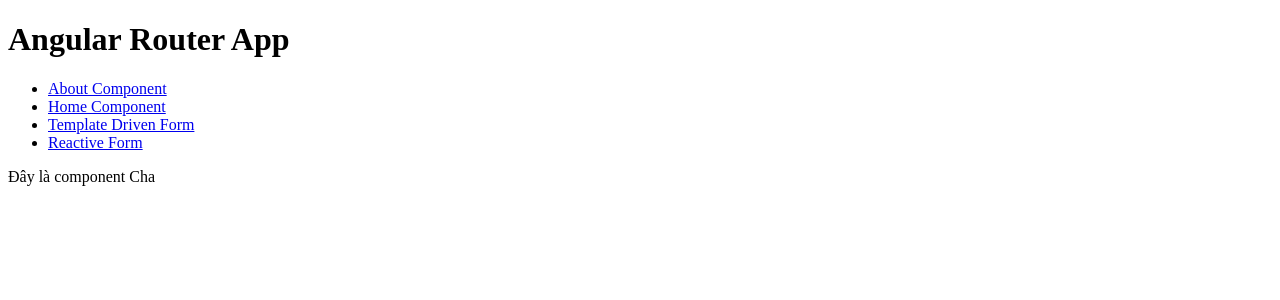
Repository: PhamTrungNguyen/Angular12
Page: / (app in Angular/)
An editor plug-in stored every save of this project. The page is shown before and after the next save, followed by the edit.
The browser window is 1280 px wide. The pictures show the whole page.
The project was rebuilt for these pictures with package versions that can differ from the ones it lists, and the page was loaded fresh each time. Also part of the build but not shown: Angular/angular.json, Angular/src/app/template-driven-form/template-driven-form.component.ts, Angular/src/app/Service/home.service.ts, Angular/src/app/home/home.component.ts, Angular/src/app/about/about.component.ts, Angular/src/app/page-not-found/page-not-found.component.ts, Angular/src/app/reactive-form/reactive-form.component.ts, Angular/src/app/Service/http-server.service.ts.

Above is the page before, as saved 2023-01-04 21:19:08.

### Angular/src/app/app.module.ts
import { NgModule } from '@angular/core';
import { BrowserModule } from '@angular/platform-browser';

import { AppRoutingModule } from './app-routing.module';
import { AppComponent } from './app.component';
import { HomeComponent } from './home/home.component';
import { AboutComponent } from './about/about.component';
import { FormsModule } from '@angular/forms';
import { OnSalePipe } from './on-sale.pipe';
import { PageNotFoundComponent } from './page-not-found/page-not-found.component';
import { HighlightDirective } from './Directives/highlight.directive';
import { TemplateDrivenFormComponent } from './template-driven-form/template-driven-form.component';
import { ReactiveFormComponent } from './reactive-form/reactive-form.component';
import { ReactiveFormsModule } from '@angular/forms';
import { HttpClientModule } from '@angular/common/http';
@NgModule({
  declarations: [
    AppComponent,
    HomeComponent,
    AboutComponent,
    OnSalePipe,
    PageNotFoundComponent,
    HighlightDirective,
    TemplateDrivenFormComponent,
    ReactiveFormComponent,
  ],
  imports: [
    BrowserModule,
    AppRoutingModule,
    FormsModule,
    ReactiveFormsModule,
    HttpClientModule,
  ],
  providers: [],
  bootstrap: [AppComponent],
})
export class AppModule {}

### Angular/src/app/app-routing.module.ts
import { ParentComponent } from './parent/parent.component';
import { TemplateDrivenFormComponent } from './template-driven-form/template-driven-form.component';
import { HomeComponent } from './home/home.component';
import { AboutComponent } from './about/about.component';
import { PageNotFoundComponent } from './page-not-found/page-not-found.component';
import { NgModule } from '@angular/core';
import { RouterModule, Routes } from '@angular/router';
import { ReactiveFormComponent } from './reactive-form/reactive-form.component';

const routes: Routes = [
  { path: 'about', component: AboutComponent },
  { path: 'home', component: HomeComponent },
  { path: 'form', component: TemplateDrivenFormComponent },
  { path: 'reactive', component: ReactiveFormComponent },
  { path: '', component: ParentComponent },
  { path: '**', component: PageNotFoundComponent },
];

@NgModule({
  imports: [RouterModule.forRoot(routes)],
  exports: [RouterModule],
})
export class AppRoutingModule {}

### Angular/src/app/on-sale.pipe.ts
import { Pipe, PipeTransform } from '@angular/core';

@Pipe({
  name: 'onSale',
})
export class OnSalePipe implements PipeTransform {
  transform(value: unknown, ...args: unknown[]): unknown {
    // console.log('my pipe', value);
    try {
      if (value) {
        return 'Đang hạ giá';
      }
    } catch (error) {}
    return null;
  }
}

### Angular/src/app/Directives/highlight.directive.ts
import { Directive, ElementRef, Input } from '@angular/core';

@Directive({
  selector: '[appHighlight]',
})
export class HighlightDirective {
  @Input() appHighlight = 'blue';
  constructor(private el: ElementRef) {}
  public ngOnInit(): void {
    // console.log('HighlightDirective', this.appHighlight);
    this.el.nativeElement.style.color = this.appHighlight;
  }
}

### Angular/src/app/parent/parent.component.ts
import { Component } from '@angular/core';

@Component({
  selector: 'app-parent',
  templateUrl: './parent.component.html',
  styleUrls: ['./parent.component.scss'],
})
export class ParentComponent {
  public message = 'Đây là thông báo';
}

### Angular/src/app/app.component.html
<h1>Angular Router App</h1>
<!-- This nav gives you links to click, which tells the router which route to use (defined in the routes constant in  AppRoutingModule) -->
<nav>
    <ul>
        <li>
            <a routerLink="/about" routerLinkActive="active" ariaCurrentWhenActive="page">About Component</a>
        </li>
        <li>
            <a routerLink="/home" routerLinkActive="active" ariaCurrentWhenActive="page">Home Component</a>
        </li>
        <li>
            <a routerLink="/form" routerLinkActive="active" ariaCurrentWhenActive="page">Template Driven Form</a>
        </li>
        <li>
            <a routerLink="/reactive" routerLinkActive="active" ariaCurrentWhenActive="page">Reactive Form</a>
        </li>
    </ul>
</nav>
<!-- The routed views render in the <router-outlet>-->
<router-outlet></router-outlet>

### Angular/src/app/parent/parent.component.html
<p>Đây là component Cha</p>
<app-parent-son name="Nguyen1"></app-parent-son>
<app-parent-son name="Nguyen2"></app-parent-son>

Loaded but not shown: Angular/src/index.html (common file); Angular/src/styles.scss (common file); Angular/src/main.ts (common file); Angular/src/app/app.component.ts (common file); Angular/src/app/app.component.scss (no stored copy; drawn as an empty file); Angular/src/app/parent/parent.component.scss (no stored copy; drawn as an empty file)

After the next save:
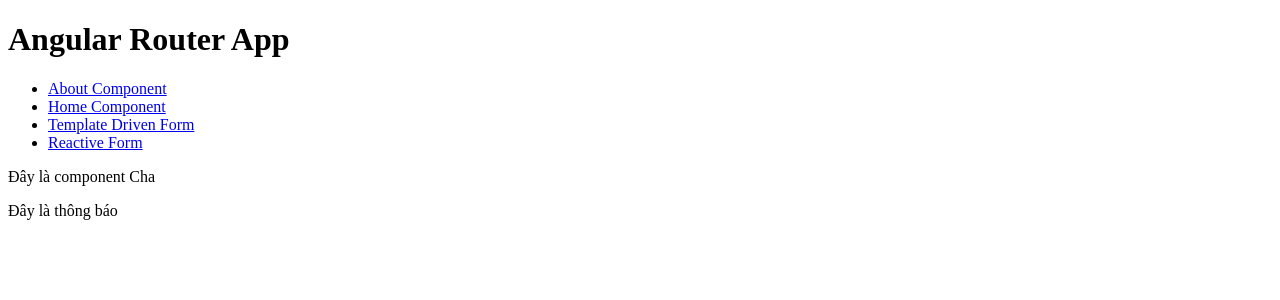
Saved 7 s later.
--- a/Angular/src/app/parent/parent.component.html
+++ b/Angular/src/app/parent/parent.component.html
@@ -1,3 +1,4 @@
 <p>Đây là component Cha</p>
+<p>{{message}}</p>
 <app-parent-son name="Nguyen1"></app-parent-son>
 <app-parent-son name="Nguyen2"></app-parent-son>

After the 3 saves that followed:
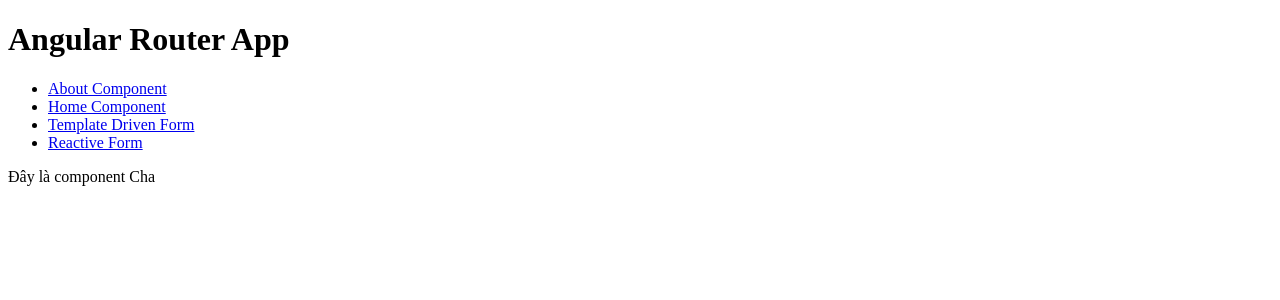
The 3 saves are shown as one change because 1 left the picture as it was and some came seconds apart.
The last was saved 5 min 52 s later.
--- a/Angular/src/app/parent/parent.component.ts
+++ b/Angular/src/app/parent/parent.component.ts
@@ -6,5 +6,8 @@ import { Component } from '@angular/core';
   styleUrls: ['./parent.component.scss'],
 })
 export class ParentComponent {
-  public message = 'Đây là thông báo';
+  public message: string = '';
+  public Hello() {
+    this.message = 'Đây là thông báo';
+  }
 }
